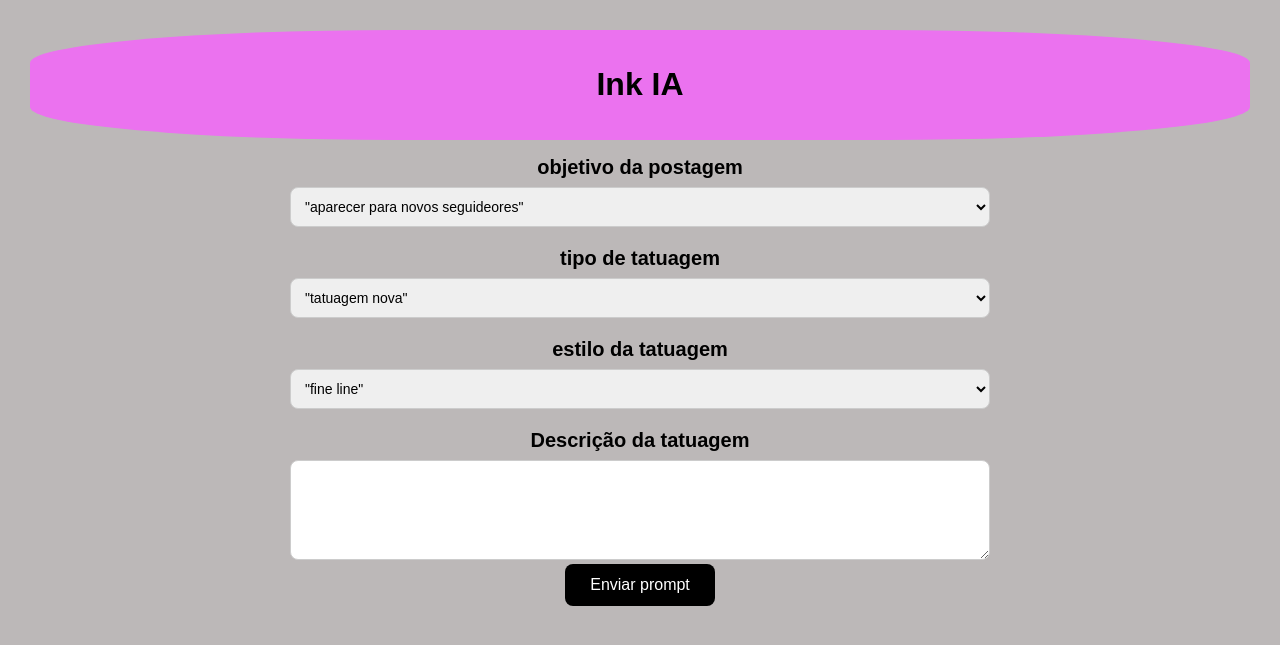
Repository: Ubiratandev/ink_api
Page: ink_IA/ink_ia.html
The author's editor kept a copy of each file at every save. The page is drawn from the files as they stood at one save, then again after the next save.
The browser window is 1280 px wide. The pictures show the whole page.

Above is the page before, as saved 2026-03-25 00:16:32.

After the next save:
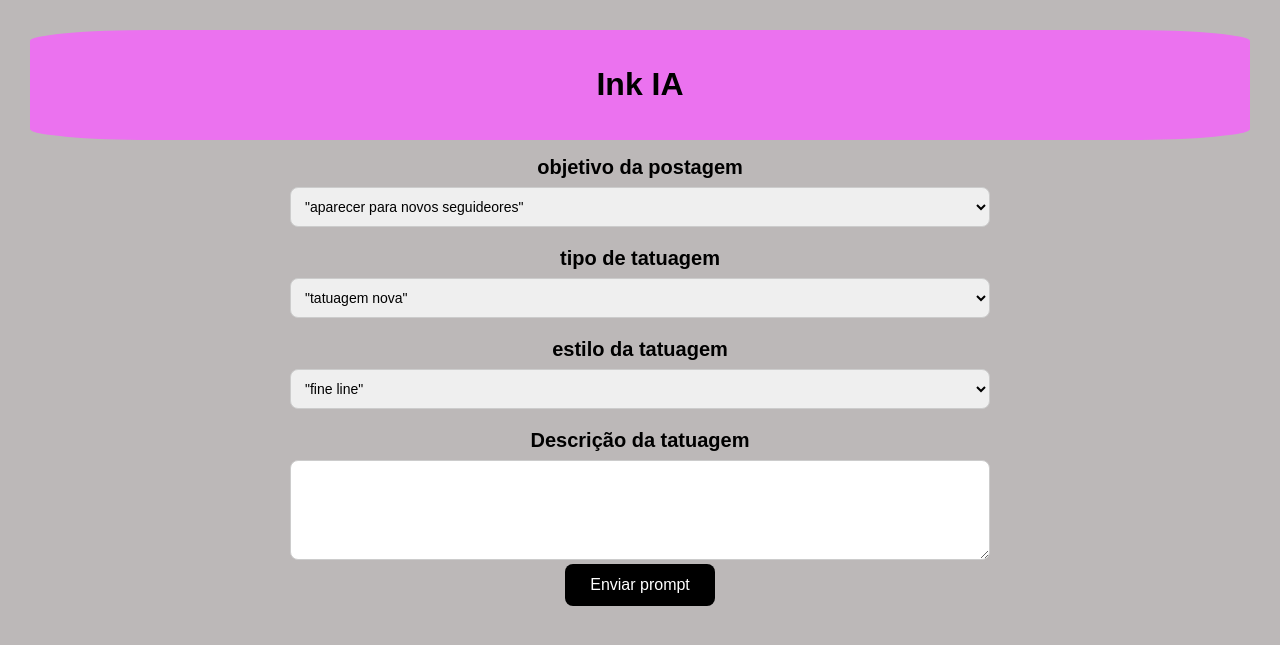
Saved 6 s later.
--- a/ink_IA/styles.css
+++ b/ink_IA/styles.css
@@ -7,7 +7,7 @@ header {
   justify-content:center;
   align-items:center;
   text-align:center;
-  border-radius:30%;
+  border-radius:10%;
 
 
 }
